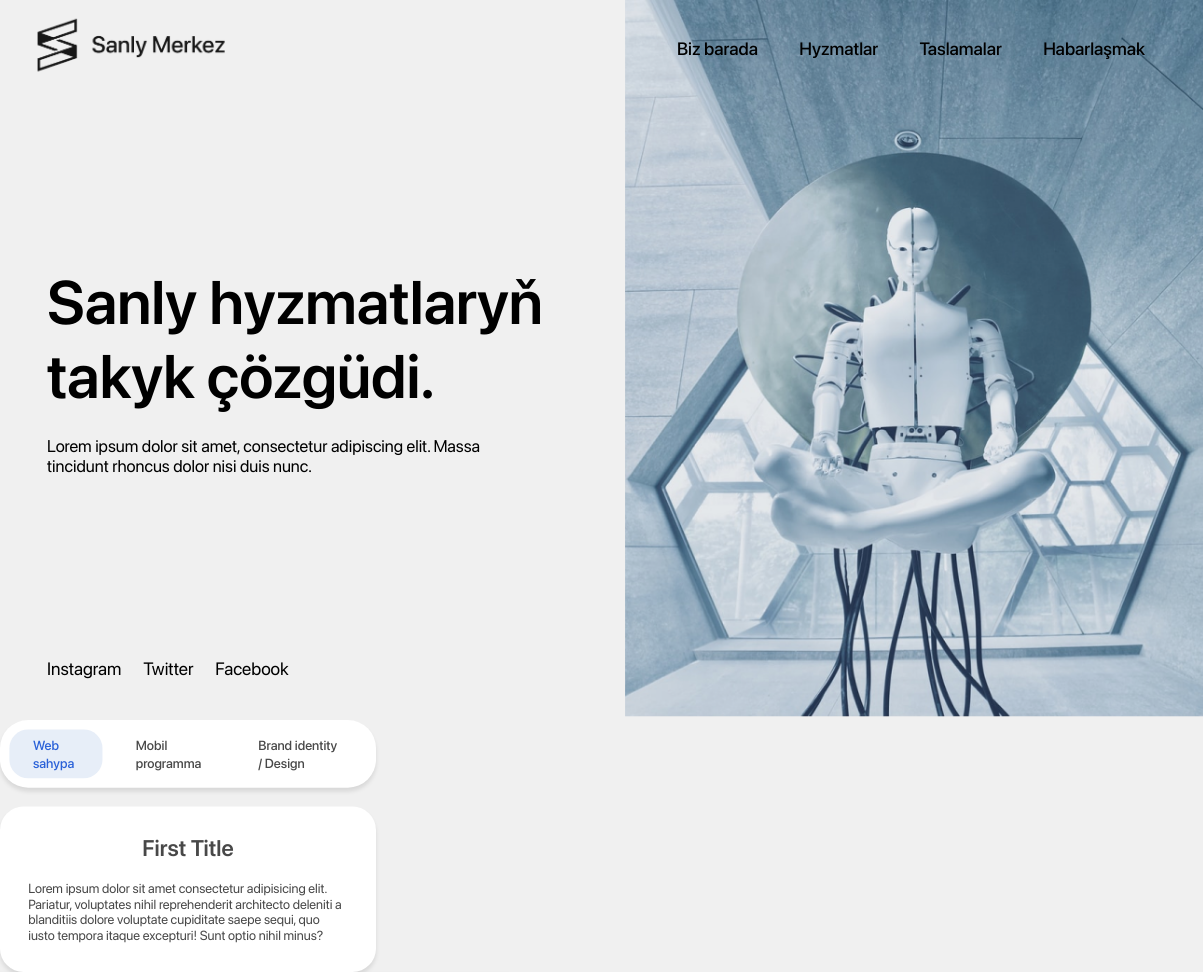
Repository: Meylis7/Sanly-Merkez-Web
Page: main.html
An editor plug-in stored every save of this project. The page is shown before and after the next save, followed by the edit.
The browser window is 1280 px wide. The pictures show the whole page, at 94% of full size.

Above is the page before, as saved 2022-04-26 19:11:57.

After the next save:
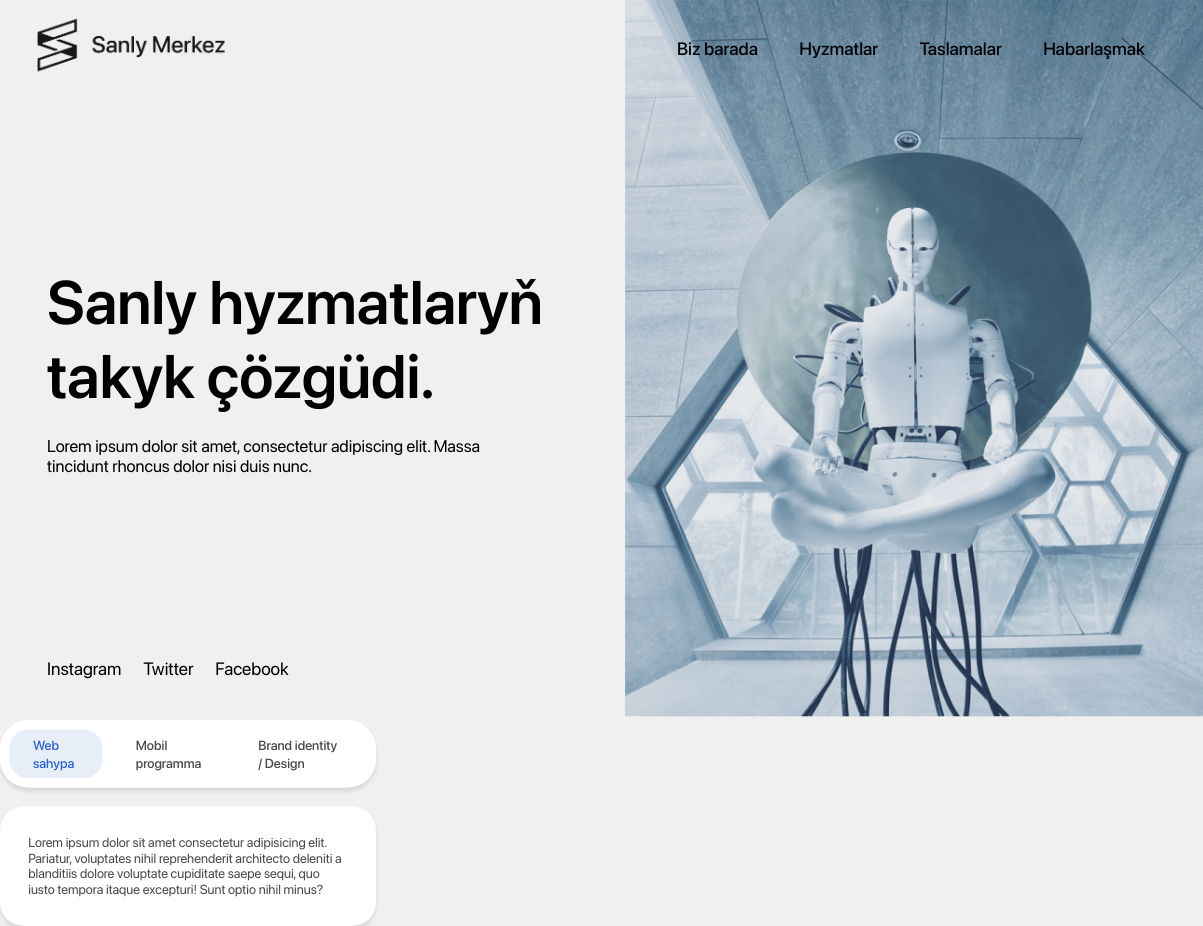
Saved 13 s later.
--- a/main.html
+++ b/main.html
@@ -60,15 +60,12 @@
           </div>
           <div class="tabs__body">
             <div class="tabs__content is-active">
-              <h2 class="tabs__title">First Title</h2>
               <p class="tabs__text">Lorem ipsum dolor sit amet consectetur adipisicing elit. Pariatur, voluptates nihil reprehenderit architecto deleniti a blanditiis dolore voluptate cupiditate saepe sequi, quo iusto tempora itaque excepturi! Sunt optio nihil minus?</p>
             </div>
             <div class="tabs__content">
-              <h2 class="tabs__title">Second Title</h2>
               <p class="tabs__text">Lorem ipsum dolor sit amet consectetur, adipisicing elit. Tempora natus voluptas, molestias voluptates consequuntur quibusdam aspernatur expedita tempore libero excepturi obcaecati earum minus omnis adipisci fuga officia, autem, perferendis voluptatibus!</p>
             </div>
             <div class="tabs__content">
-              <h2 class="tabs__title">Third Title</h2>
               <p class="tabs__text">Lorem ipsum dolor sit, amet consectetur adipisicing elit. Mollitia quasi commodi nisi ex nostrum, aspernatur dicta perferendis deserunt reiciendis a delectus molestias eius porro, tempore molestiae ipsam sit quam aut officia, autem, perferendis?</p>
             </div>
           </div>
